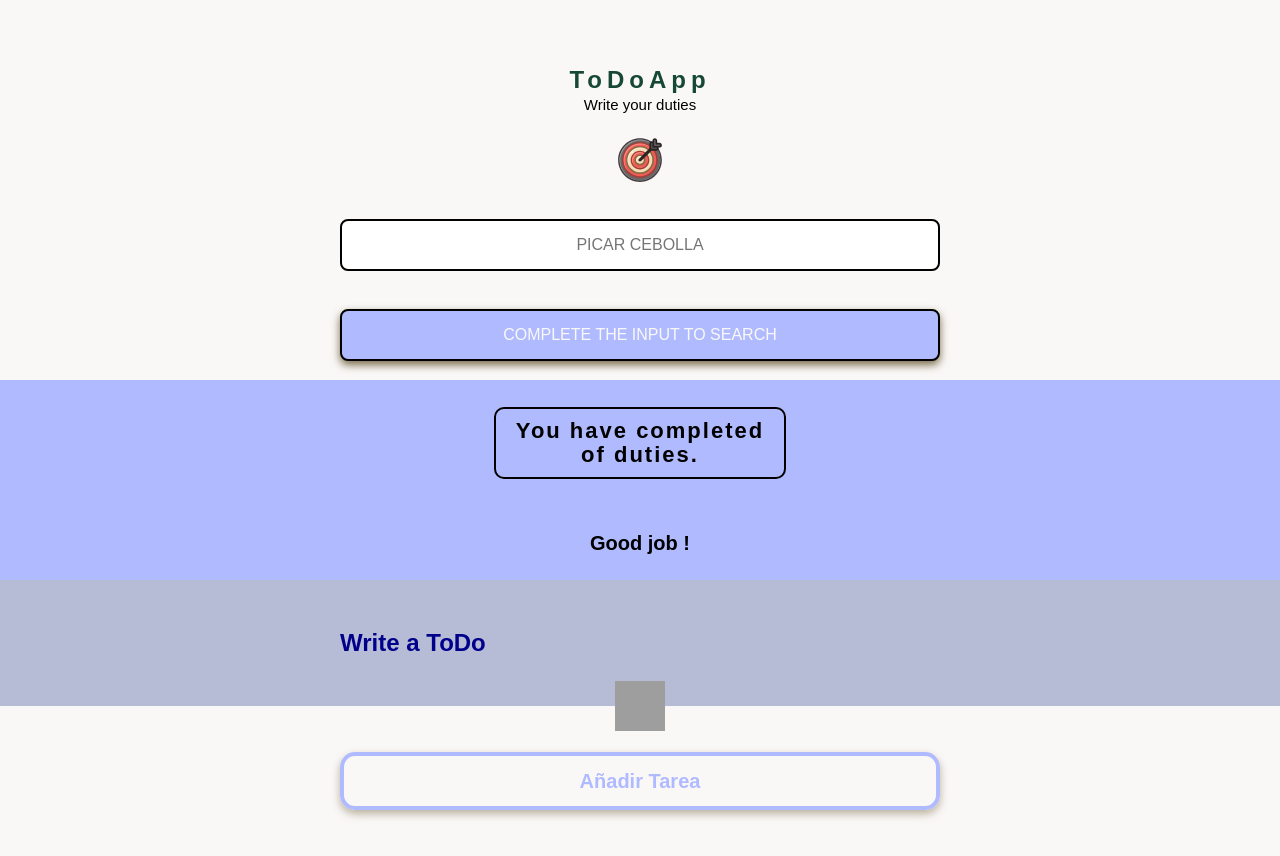
Repository: ChristianGecchelin/to-do-app
Page: /
These files come from the project's save history. The page is drawn as it stood at one moment and after the next save; the edit follows.
The browser window is 1280 px wide. The pictures show the whole page.
Pictures or frames that could not be fetched are drawn as grey boxes. The project was rebuilt for these pictures with package versions that can differ from the ones it lists, and the page was loaded fresh each time. Also part of the build but not shown: src/ToDoItem.js, src/Modal/Modal.css, src/Modal/index.js, src/TodoForm/TodoForm.css, src/TodoForm/index.js.

Above is the page before, as saved 2022-01-17 14:20:43.

### public/index.html
<!DOCTYPE html>
<html lang="en">
  <head>
    <meta charset="utf-8" />
    <link rel="icon" href="%PUBLIC_URL%/favicon.ico" />
    <meta name="viewport" content="width=device-width, initial-scale=1" />
    <meta name="theme-color" content="#000000" />
    <meta
      name="description"
      content="Web site created using create-react-app"
    />
    <link rel="apple-touch-icon" href="%PUBLIC_URL%/logo192.png" />

    <link rel="manifest" href="%PUBLIC_URL%/manifest.json" />

    <title>ToDoApp</title>
  </head>
  <body>
    <noscript>You need to enable JavaScript to run this app.</noscript>
    <div id="root"></div>
    <div id="modal"></div>
  </body>
</html>

### src/index.js
import React from "react";
import ReactDOM from "react-dom";
import App from "./App/index.js";
//import { ChakraProvider } from "@chakra-ui/react";
import "./index.css";

ReactDOM.render(<App />, document.getElementById("root"));

### src/App/index.js
import { AppUI } from "./AppUI";
import { TodoProvider } from "../TodoContext";
function App() {
  return (
    <TodoProvider>
      <AppUI />
    </TodoProvider>
  );
}

export default App;

### src/index.css
* {
  box-sizing: border-box;
  margin: 0;
  padding: 0;
}
html {
  font-size: 62.5%;
  font-family: "DM Sans", sans-serif;
}
body {
  background: #bababa;
}

### src/App/AppUI.js
import React from "react";
import { ToDoCounter } from "../ToDoCounter";
import { ToDoSearch } from "../ToDoSearch";
import { ToDoList } from "../ToDoList";
import { CreateToDoButton } from "../CreateToDoButton";
import { ToDoItem } from "../ToDoItem";
import { Header } from "../Header";
import { TodoContext } from "../TodoContext";
import { Modal } from "../Modal";
import "./AppUI.css";
import { TodoForm } from "../TodoForm";

function AppUI() {
  const {
    error,
    loading,
    searchedTodos,
    completeTodo,
    deleteTodo,
    openModal,
    setOpenModal,
  } = React.useContext(TodoContext);
  return (
    <>
      <section className="container-header">
        <Header />

        <ToDoSearch />
      </section>

      {/* a todos les paso las props. todo lo que escribo al lado del componente son props */}
      <section>
        <ToDoCounter />

        <ToDoList>
          {/* declaro tres variables, que luego van a presentar tres situaciones distintas.
        la tercera significa, si loading es false(ya cargó) y el array es vacio muestro ese mensaje */}
          {error && <p className="alternative-text">Ups something happen...</p>}
          {loading && <p className="alternative-text">Loading...</p>}
          {!loading && !searchedTodos.length && (
            <p className="alternative-text">Write a ToDo</p>
          )}

          {searchedTodos.map((todo) => (
            <ToDoItem
              key={todo.id}
              text={todo.text}
              completed={todo.completed}
              onComplete={() => completeTodo(todo.id)}
              onDelete={() => deleteTodo(todo.id)}
            />
          ))}
        </ToDoList>
      </section>
      {openModal && (
        <Modal>
          <TodoForm />
        </Modal>
      )}

      <CreateToDoButton setOpenModal={setOpenModal} openModal={openModal} />
    </>
  );
}
export { AppUI };

### src/TodoContext/index.js
import React from "react";
import { useLocalStorage } from "./useLocalStorage";
const TodoContext = React.createContext();
function TodoProvider(props) {
  const {
    /* Antes solo traia Todo y saveTodo. Ahora, lo converti en un objeto para traer a loading tambien, y renombre las variables que retorne del customHook para que coincidan con la nomenclatura de lo descripto en APP */
    item: todos,
    saveItem: saveTodos,
    loading,
    error,
  } = useLocalStorage("Todos_V1", []);
  /* este estado va a manejar la creacion de tareas */
  const [searchValue, setSearchValue] = React.useState("");
  /* este estado va a setear el valor de lo escrito en el input */

  const [openModal, setOpenModal] = React.useState(false);

  const completeTodo = (id) => {
    const todoIndex = todos.findIndex((todo) => todo.id === id);
    const newTodos = [...todos];
    if (newTodos[todoIndex].completed === false) {
      newTodos[todoIndex].completed = true;
      saveTodos(newTodos);
    } else {
      newTodos[todoIndex].completed = false;
      saveTodos(newTodos);
    }
  };

  const deleteTodo = (id) => {
    const todoIndex = todos.findIndex((todo) => todo.id === id);
    const newTodos = [...todos];
    newTodos.splice(todoIndex, 1);
    saveTodos(newTodos);
  };

  const addTodo = (text) => {
    const newTodos = [...todos];
    newTodos.push({
      id: Date.now(),
      completed: false,
      text,
    });
    saveTodos(newTodos);
  };

  const completedTodos = todos.filter((todo) => !!todo.completed).length;
  /* !!significa es verdadero? // filtramos el array para sacar solo los que tengan la propiedad completed en true */
  const totalTodos = todos.length;

  let searchedTodos = [];

  if (!searchValue.length >= 1) {
    searchedTodos = todos;
  } else {
    searchedTodos = todos.filter((todo) => {
      const todoText = todo.text.trim().toLowerCase();
      const searchText = searchValue.trim().toLowerCase();
      return todoText.includes(searchText);
    });
  }

  return (
    <TodoContext.Provider
      value={{
        error,
        loading,
        totalTodos,
        completedTodos,
        searchValue,
        setSearchValue,
        searchedTodos,
        completeTodo,
        deleteTodo,
        openModal,
        setOpenModal,
        addTodo,
      }}
    >
      {props.children}
    </TodoContext.Provider>
  );
}
export { TodoContext, TodoProvider };

### src/ToDoCounter.js
import "./styles/ToDoCounter.css";
function ToDoCounter({ total, completed }) {
  return (
    <section className="counter-container">
      <div className="title-card">
        <h2 className="counter-title">
          You have completed <br />
          {completed} of {total} duties.
        </h2>
      </div>
      {/* como podria cambiar ese br? */}
      <p className="counter-congrats">Good job !</p>
    </section>
  );
}
export { ToDoCounter };
/* Modificar que sea variable la cantidad de tareas completadas, que el good job cambie cuando llevo menos de la mitad de tareas completadas. */

### src/ToDoSearch.js
import { useState } from "react";
import "./styles/ToDoSearch.css";
function ToDoSearch({ searchValue, setSearchValue }) {
  /* destructuro para no hacer props.searchValue lo pongo entre llaves y solo anoto el nombre de las props que paso */
  const onSearchValueChange = (event) => {
    setSearchValue(event.target.value);
  };
  return (
    <section className="search-container">
      <input
        className="search-input"
        placeholder="Picar cebolla"
        value={searchValue}
        onChange={onSearchValueChange}
      ></input>
      <button className="search-button">Complete the input to search</button>
    </section>
  );
}
export { ToDoSearch };

### src/ToDoList.js
import "./styles/ToDoList.css";
function ToDoList(props) {
  return (
    <section className="list-container">
      <ul className="item-container"> {props.children}</ul>
    </section>
  );
}
export { ToDoList };

### src/CreateToDoButton.js
import "./styles/createToDoButton.css";
function CreateToDoButton() {
  return (
    <div className="button-container">
      <span className="button"></span>
      <p className="button-text">Añadir Tarea</p>
    </div>
  );
}
export { CreateToDoButton };

### src/Header.js
import "./styles/header.css";
function Header() {
  return (
    <header>
      <h1>ToDoApp</h1>
      <h3>Write your duties</h3>
      <span></span>
    </header>
  );
}
export { Header };

### src/App/AppUI.css
.alternative-text {
  font-size: 2.4rem;
  font-weight: 700;
  line-height: 2.6rem;
  color: darkblue;
}
.container-header {
  display: flex;
  flex-direction: row;
  flex-wrap: wrap;
  background-color: #b1bcfa;
  justify-content: space-between;
}

### src/TodoContext/useLocalStorage.js
import React from "react";
function useLocalStorage(itemName, initialValue) {
  /* este estado se usa con try/catch para determinar si ha habido un error lo capturo seteandolo */
  const [error, setError] = React.useState(false);
  /* este usestate setea el estado en el que se encuentra el pedido.Mientras este cargando va a ser true, una vez que termine de cargar va a ser false*/
  const [loading, setLoading] = React.useState(true);

  /* Recordar setear en useState el nuevo array con Todos (parsedTodos(antes) ahora lo cambie por initialValue *ver comentario abajo) */
  const [item, setItem] = React.useState(initialValue);
  /* trae por defecto lo definido en los componentes osea algo vacio en este caso. Pero luego ejecuto el useEffect para que cargue con delay lo del localStorage, simulando el pedido a una API (initialValue) */

  React.useEffect(
    () => {
      setTimeout(() => {
        try {
          const localStorageItem = localStorage.getItem(itemName);
          let parsedItem;

          if (!localStorageItem) {
            localStorage.setItem(itemName, JSON.stringify(initialValue));
            parsedItem = initialValue;
          } else {
            parsedItem = JSON.parse(localStorageItem);
          }

          /* seteamos el estado para mostrar lo que tenemos en localStorage */
          setItem(parsedItem);
          setLoading(false);
        } catch (error) {
          setError(error);
        }
      }, 1250);
    }

    /*
      la segunda posicion de la funcion nos determina cuando se va a ejecutar el hook
      el array[] hace que se renderice una sola vez cuando carga la pagina
      pero tambien puedo llamar una variable para que solo se ejecute cuando hay un cambio en el estado. Eso pasaria si pongo totalTodos
      solo se ejecutaria cuando modifico el conteo de todos */
  );

  const saveItem = (newItem) => {
    /* seteo con un try catch porque es posible que al crear un nuevo todo me de error */
    try {
      const stringifiedItem = JSON.stringify(newItem);
      localStorage.setItem(itemName, stringifiedItem);
      setItem(newItem);
    } catch (error) {
      setError(error);
    }
  };
  return { item, saveItem, loading, error };
}
export { useLocalStorage };

### src/styles/ToDoCounter.css
.counter-container {
  display: flex;
  flex-direction: column;
  justify-content: space-around;
  align-items: center;
  width: 100%;
  min-width: 300px;
  height: 200px;
  margin: 0 auto;
  text-align: center;
  background: #b0bbff;
}
.title-card {
  border: 2px solid black;
  border-radius: 10px;
}
.counter-title {
  font-size: 2.2rem;
  font-weight: 700;
  line-height: 2.4rem;
  letter-spacing: 0.2rem;
  padding: 10px 20px;
}
.counter-congrats {
  font-size: 2rem;
  font-weight: 700;
  line-height: 2rem;
}

/* como funciona la especifidad en css en react? */

### src/styles/ToDoSearch.css
.search-container {
  display: flex;
  flex-direction: column;
  margin: 0 auto;
  justify-content: space-around;
  width: 100%;
  min-width: 200px;
  height: 180px;
  text-align: center;
  background: #faf8f7;
}
.search-input {
  width: 60%;
  max-width: 600px;
  border: 2px solid black;
  border-radius: 8px;
  margin: 0 auto;
  text-align: center;
  padding: 15px 20px;
  font-size: 1.6rem;
}
.search-button {
  width: 60%;
  max-width: 600px;
  margin: 0 auto;
  padding: 15px 0;
  border: 2px solid black;
  border-radius: 8px;
  outline: none;
  font-size: 1.6rem;
  text-transform: uppercase;
  background: rgb(176 187 255);
  color: #faf8f7;

  box-shadow: 0px 4px 8px rgba(89, 73, 30, 0.8);
}
.search-input:focus {
  outline: none;
  border: 2px solid green;
  background: rgba(240, 239, 239, 0.7);
}
.search-input::placeholder {
  text-transform: uppercase;
}

### src/styles/ToDoList.css
.list-container {
  display: flex;
  flex-direction: column;
  justify-content: center;
  align-items: center;
  width: 100%;
  height: auto;
  padding: 50px 0;
  background: rgb(176 187 255 / 40%);
}
.item-container {
  width: 60%;
  min-width: 310px;
  max-width: 600px;
}
.list-item {
  position: relative;
  display: flex;
  flex-direction: row;
  justify-content: center;
  margin: 20px 0px;
  padding: 15px 0;
  border: 2px solid black;
  border-radius: 15px;
  width: 100%;
  box-shadow: 0px 4px 8px rgba(89, 73, 30, 0.8);
}
.check {
  position: absolute;
  top: 13px;
  left: calc(5%);
  background-image: url(../assets/check.svg);
  width: 25px;
  height: 25px;
  background-repeat: no-repeat;
  background-size: contain;
}
.delete {
  position: absolute;
  top: 13px;
  left: calc(91% - 5px);
  width: 25px;
  height: 25px;
  background-repeat: no-repeat;
  fill: #81b5a8;
  -webkit-mask: url(../assets/cross.svg);
  mask: url(../assets/cross.svg);
  mask-size: auto;
  background: red;
}
.delete:hover {
  transform: scale(1.5);
  transition: all ease 0.5s;
}
.text-item {
  font-size: 2rem;
  font-weight: 700;
  line-height: 2rem;
}
.text-item-completed {
  text-decoration: line-through;
}

### src/styles/createToDoButton.css
.button-container {
  position: relative;
  display: flex;
  flex-direction: column;
  justify-content: center;
  align-items: center;
  width: 100%;
  height: 150px;
  background: #faf8f7;
  text-align: center;
}
.button {
  position: absolute;
  top: -25px;
  left: calc(50% - 25px);
  background-image: url(../assets/plus.svg);
  width: 50px;
  height: 50px;
}
.button-text {
  width: 60%;
  max-width: 600px;
  padding: 15px 0;
  font-size: 2rem;
  line-height: 2rem;
  font-weight: 700;
  border: 4px solid rgb(176 187 255);
  border-radius: 15px;
  color: rgb(176 187 255);
  box-shadow: 0px 4px 8px rgba(89, 73, 30, 0.4);
}
.button-text:hover {
  border: 4px solid #faf8f7;
  color: #faf8f7;
  background-color: rgb(176 187 255);
}

### src/styles/header.css
header {
  position: relative;
  display: flex;
  flex-direction: column;
  justify-content: center;
  align-items: center;
  width: 100%;
  min-width: 320px;
  height: 200px;
  text-align: center;
  padding-bottom: 50px;
  background: #faf8f7;
}
header h1 {
  align-items: center;
  font-size: 2.4rem;
  font-weight: 700;
  line-height: 3rem;
  color: rgb(22, 71, 55);
  padding-top: 15px;
  padding-bottom: 5px;
  margin-top: 10px;
  letter-spacing: 0.5rem;
}
header h3 {
  align-items: center;
  font-size: 1.5rem;
  font-weight: 500;
  line-height: 1rem;
}
header span {
  position: absolute;
  top: 135px;
  background-image: url(../assets/header.svg);
  width: 50px;
  height: 50px;
  background-repeat: no-repeat;
  background-size: contain;
}
/*Falta completar con tipografias y colores, imagen span*/

After the next save:
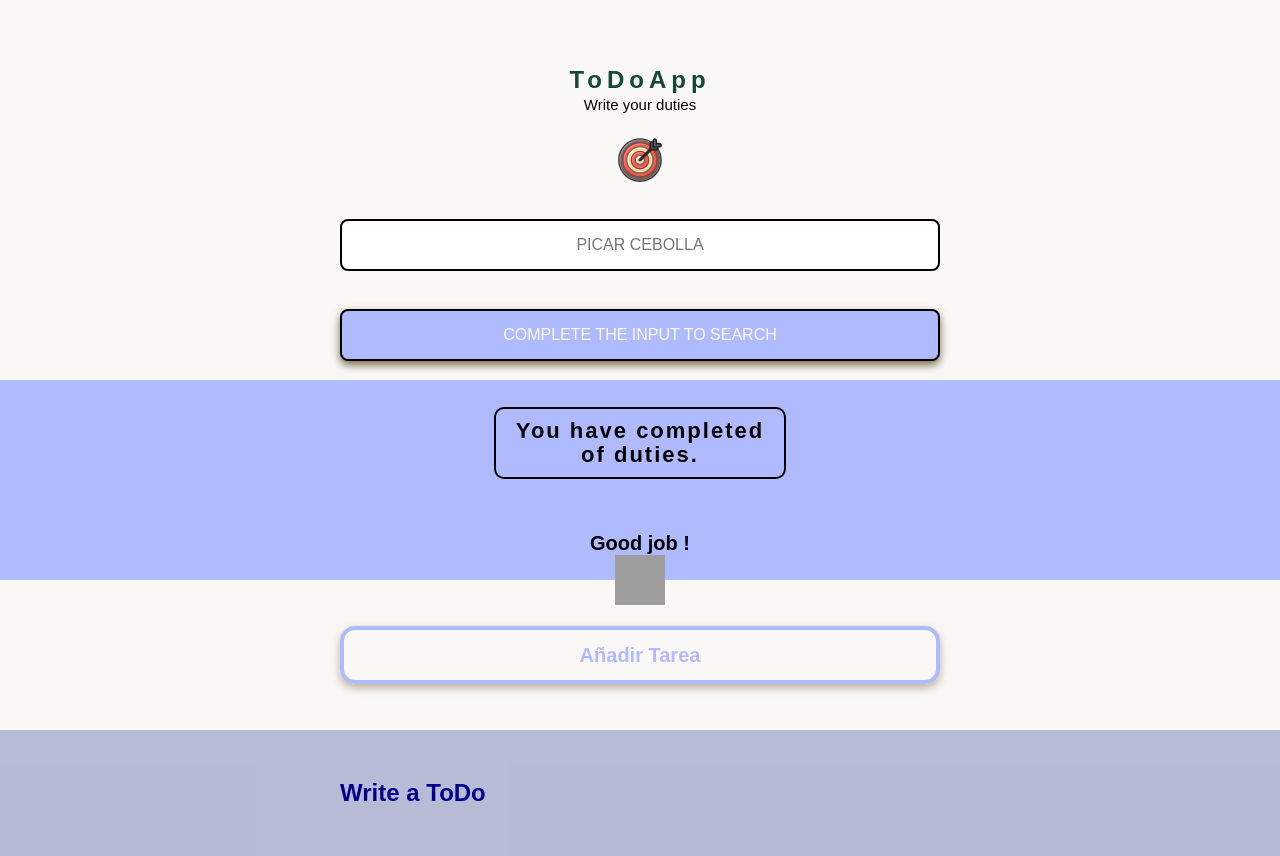
Saved 2 min 0 s later.
--- a/src/App/AppUI.js
+++ b/src/App/AppUI.js
@@ -32,6 +32,7 @@ function AppUI() {
       <section>
         <ToDoCounter />
 
+        <CreateToDoButton setOpenModal={setOpenModal} openModal={openModal} />
         <ToDoList>
           {/* declaro tres variables, que luego van a presentar tres situaciones distintas.
         la tercera significa, si loading es false(ya cargó) y el array es vacio muestro ese mensaje */}
@@ -57,8 +58,6 @@ function AppUI() {
           <TodoForm />
         </Modal>
       )}
-
-      <CreateToDoButton setOpenModal={setOpenModal} openModal={openModal} />
     </>
   );
 }
